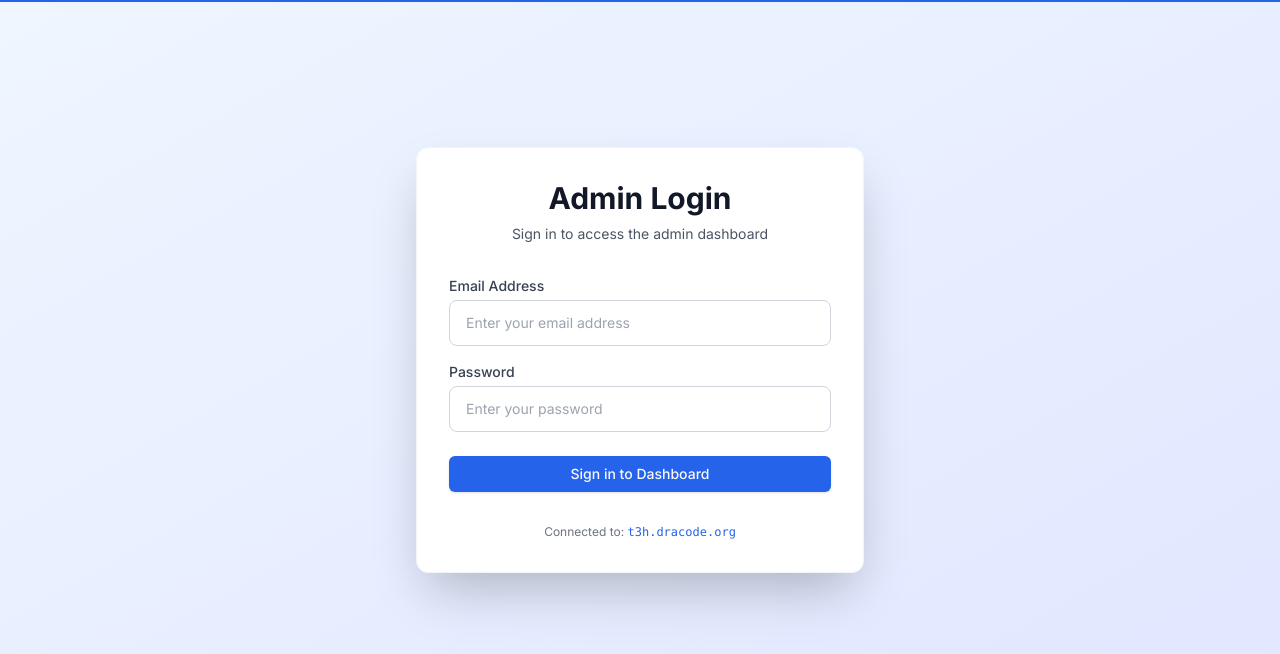
Repository: Ahmad-Al3arja/frontend-harmoush
Page: /login
An editor plug-in stored every save of this project. The page is shown before and after a run of saves, followed by the edit.
The browser window is 1280 px wide. The pictures show the whole page.
The project was rebuilt for these pictures with package versions that can differ from the ones it lists, and the page was loaded fresh each time. The framework's server and built-in components were replaced by stand-ins that run in the browser. Also part of the build but not shown: next.config.js.

Above is the page before, as saved 2025-06-30 20:56:00.

After the next 2 saves:
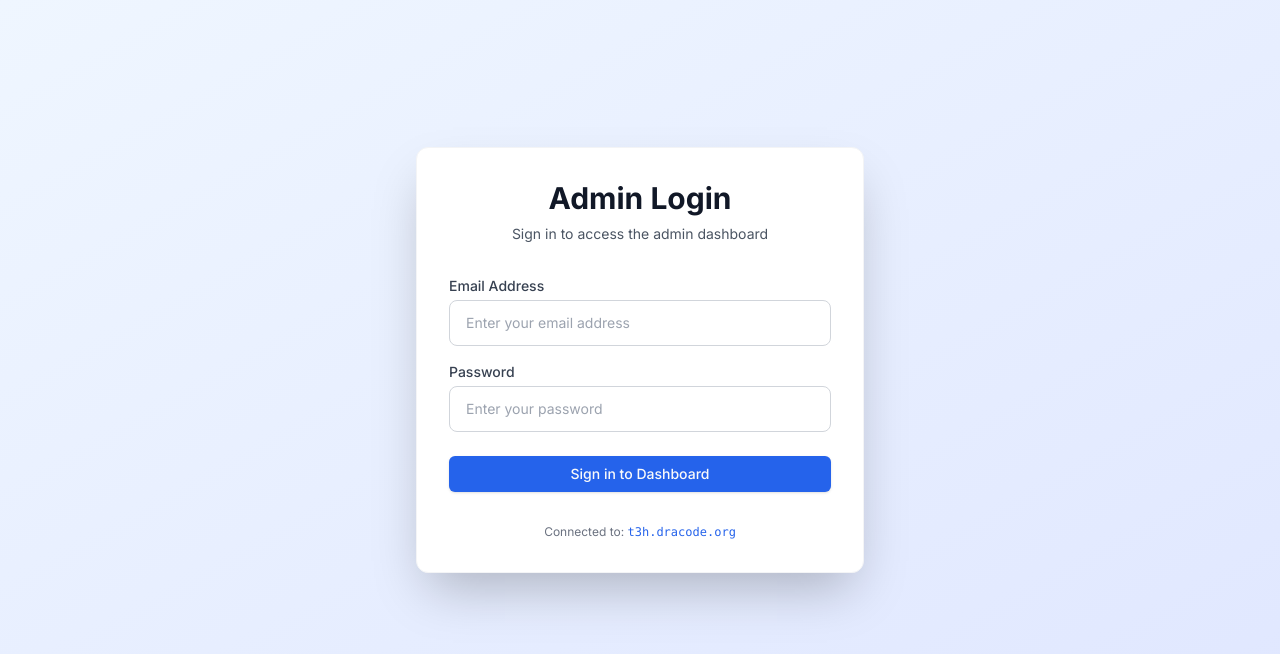
The 2 saves are shown as one change because 1 did not build or start.
The last was saved 27 s later.
--- a/app/components/ui/loading-bar.tsx
+++ b/app/components/ui/loading-bar.tsx
@@ -1,51 +1,50 @@
 "use client";
 
 import { useEffect, useState } from "react";
-import { usePathname, useSearchParams } from "next/navigation";
-import { useLoadingStore } from "../../lib/api";
+import { useLoadingStore } from "@/app/lib/api";
 
 export function LoadingBar() {
+  const loading = useLoadingStore((state: { loading: boolean }) => state.loading);
   const [progress, setProgress] = useState(0);
-  const pathname = usePathname();
-  const searchParams = useSearchParams();
-  const loading = useLoadingStore(
-    (state: { loading: boolean }) => state.loading
-  );
+  const [isVisible, setIsVisible] = useState(false);
 
   useEffect(() => {
-    let timer: NodeJS.Timeout;
-    setProgress(0);
+    if (loading) {
+      setIsVisible(true);
+      setProgress(0);
 
-    if (loading) {
-      const increment = () => {
+      // Simulate progress
+      const interval = setInterval(() => {
         setProgress((prev) => {
           if (prev >= 90) return prev;
-          return prev + (90 - prev) * 0.1;
+          return prev + Math.random() * 15;
         });
-      };
+      }, 100);
 
-      timer = setInterval(increment, 100);
+      return () => clearInterval(interval);
     } else {
-      // Complete the progress bar
       setProgress(100);
-      timer = setTimeout(() => {
+      const timer = setTimeout(() => {
+        setIsVisible(false);
         setProgress(0);
-      }, 200);
+      }, 300);
+      return () => clearTimeout(timer);
     }
+  }, [loading]);
 
-    return () => {
-      clearInterval(timer);
-    };
-  }, [loading, pathname, searchParams]);
-
-  if (progress === 0) return null;
+  if (!isVisible) return null;
 
   return (
-    <div className="fixed top-0 left-0 right-0 z-50 h-0.5">
-      <div
-        className="h-full bg-blue-600 transition-all duration-200 ease-out"
-        style={{ width: `${progress}%` }}
-      />
+    <div className="fixed top-0 left-0 right-0 z-50">
+      <div className="h-1 bg-blue-200">
+        <div
+          className="h-full bg-gradient-to-r from-blue-500 to-blue-600 transition-all duration-300 ease-out"
+          style={{ width: `${progress}%` }}
+        />
+      </div>
+      <div className="bg-blue-50 border-b border-blue-200 px-4 py-2 text-xs text-blue-700 text-center">
+        Connecting to t3h.dracode.org...
+      </div>
     </div>
   );
 }
